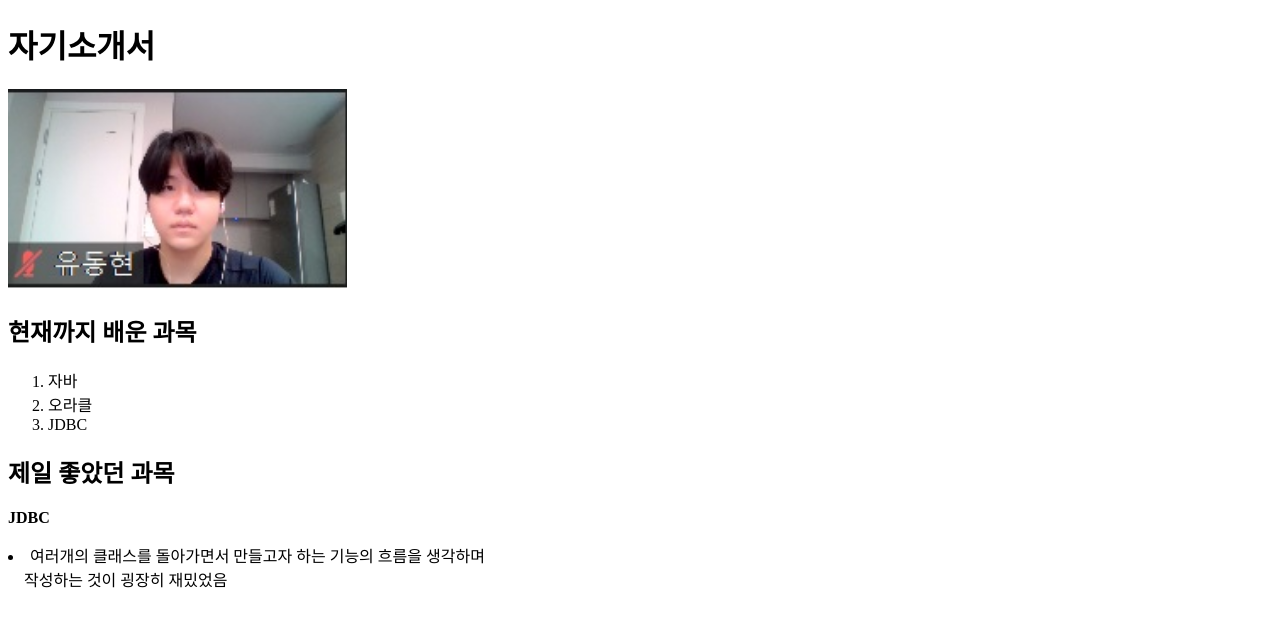
Repository: DongHyenYoo/DongHyen
Page: JdbcStudy/HTMLTEST/WebContent/SelfIntro.html
The author's editor kept a copy of each file at every save. The page is drawn from the files as they stood at one save, then again after the next save.
The browser window is 1280 px wide. The pictures show the whole page.

Above is the page before, as saved 2022-09-23 08:07:54.

After the next save:
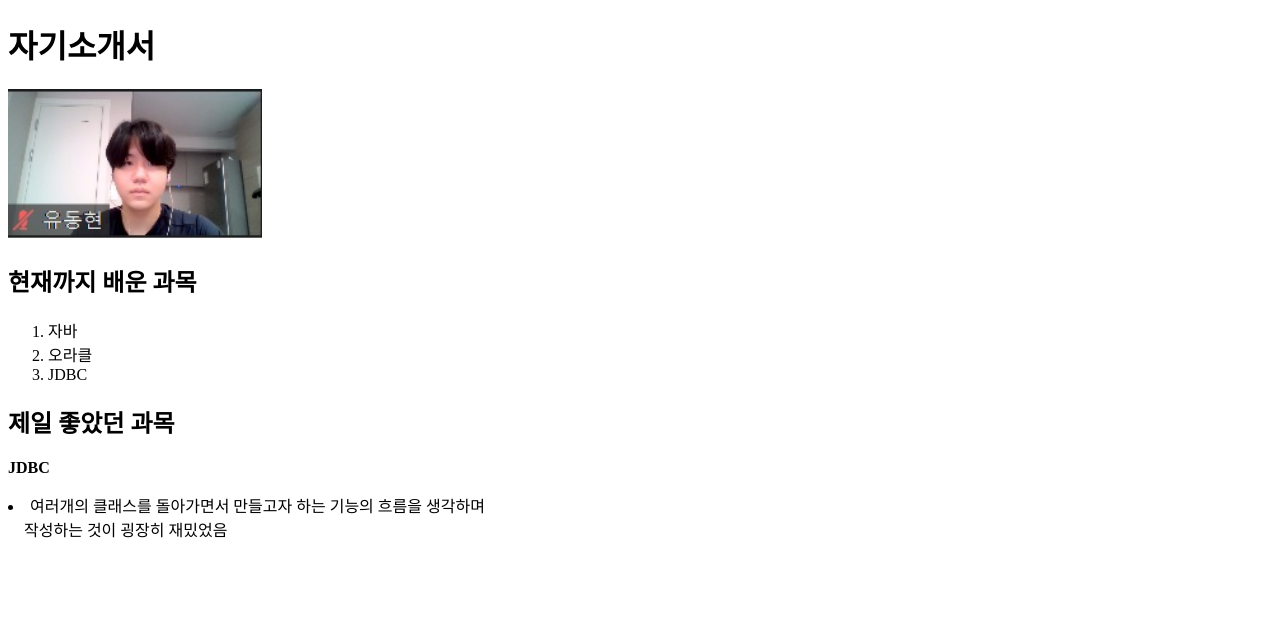
Saved 6 s later.
--- a/JdbcStudy/HTMLTEST/WebContent/SelfIntro.html
+++ b/JdbcStudy/HTMLTEST/WebContent/SelfIntro.html
@@ -7,7 +7,7 @@
 <body>
 	<h1>자기소개서</h1>
 
-	<img src="Test.jpg" height = "200" alt="테스트용 사진" title="얼굴 사진">
+	<img src="Test.jpg" height = "150" alt="테스트용 사진" title="얼굴 사진">
 
 
 
